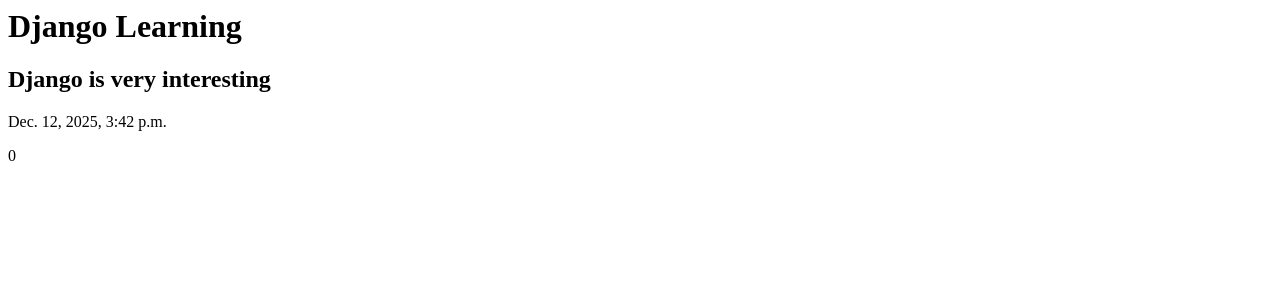
Repository: Mbote-Joseph/Django-Recap
Page: http://localhost/notes/1
These files come from the project's save history. The page is drawn as it stood at one moment and after the next save; the edit follows.
The browser window is 1280 px wide. The pictures show the whole page.
The page is served by the project's application, run on Django 5.2 (manage.py). Other server files are loaded and not shown. The page reads the database file committed with the project.

Above is the page before, as saved 2025-12-13 14:48:06.

### smartnotes/notes/templates/notes/note_detail.html
<html>
    <head>
        <title> Django Home </title>
    </head>

    <body>
        <h1>{{note.title}}</h1>

         <h2> {{note.text}} </h2>
         <p> {{note.created}} </p>
         <p> {{note.likes}} </p>
    </body>

</html>

### smartnotes/notes/models.py
from django.db import models

# Create your models here.
class Notes(models.Model):
    title = models.CharField(max_length=200)
    text = models.TextField()
    created = models.DateTimeField(auto_now_add=True)
    likes = models.PositiveSmallIntegerField(default=0)

### smartnotes/notes/views.py
from django.shortcuts import render
from django.db import models
from django.template.context_processors import request
from django.http import Http404
from django.apps import apps
from django.views.generic import ListView, DetailView

from .models import Notes
# Create your views here.

class NotesListView(ListView):
    model = Notes
    context_object_name = "notes"
    template_name = 'notes/notes_list.html'

class PopularNotesListView(ListView):
    model = Notes
    context_object_name = "notes"
    template_name = 'notes/notes_list.html'
    queryset = Notes.objects.filter(likes__gt = 3)

class NotesDetailView(DetailView):
    model = Notes
    context_object_name = "note"
    template_name = 'notes/note_detail.html'

# def list(request):
#     all_notes = Notes.objects.all()
#     return render(request, 'notes/notes_list.html', {'notes': all_notes})

# def note_details(request, pk):
#     try:
#         note_detail = Notes.objects.get(pk=pk)
#     except Notes.DoesNotExist:
#         raise Http404("Note Doesn't exist")
#     return render(request, 'notes/note_detail.html', {'note_detail': note_detail})

### smartnotes/smartnotes/urls.py
"""
URL configuration for smartnotes project.

The `urlpatterns` list routes URLs to views. For more information please see:
    https://docs.djangoproject.com/en/6.0/topics/http/urls/
Examples:
Function views
    1. Add an import:  from my_app import views
    2. Add a URL to urlpatterns:  path('', views.home, name='home')
Class-based views
    1. Add an import:  from other_app.views import Home
    2. Add a URL to urlpatterns:  path('', Home.as_view(), name='home')
Including another URLconf
    1. Import the include() function: from django.urls import include, path
    2. Add a URL to urlpatterns:  path('blog/', include('blog.urls'))
"""
from django.contrib import admin
from django.urls import path, include


urlpatterns = [
    path('admin/', admin.site.urls),
    path('', include("home.urls")),
    path('books', include("books.urls")),
    path('notes', include("notes.urls"))
]

### smartnotes/home/urls.py
# Copyright 2025 josephmbote
#
# Licensed under the Apache License, Version 2.0 (the "License");
# you may not use this file except in compliance with the License.
# You may obtain a copy of the License at
#
#     https://www.apache.org/licenses/LICENSE-2.0
#
# Unless required by applicable law or agreed to in writing, software
# distributed under the License is distributed on an "AS IS" BASIS,
# WITHOUT WARRANTIES OR CONDITIONS OF ANY KIND, either express or implied.
# See the License for the specific language governing permissions and
# limitations under the License.

from django.urls import path
from . import views

urlpatterns = [
    path('home', views.HomeView.as_view()),
    path('', views.WelcomeView.as_view())
]

### smartnotes/books/urls.py
from django.urls import path
from . import views

urlpatterns = [
    path('',views.BooksListView.as_view()),
    path('/<int:pk>',views.BookDetailsView.as_view()),
    # path('/bookform', views.BookCreateView.as_view())
]

### smartnotes/notes/urls.py
from notes.views import PopularNotesListView
# Copyright 2025 josephmbote
#
# Licensed under the Apache License, Version 2.0 (the "License");
# you may not use this file except in compliance with the License.
# You may obtain a copy of the License at
#
#     https://www.apache.org/licenses/LICENSE-2.0
#
# Unless required by applicable law or agreed to in writing, software
# distributed under the License is distributed on an "AS IS" BASIS,
# WITHOUT WARRANTIES OR CONDITIONS OF ANY KIND, either express or implied.
# See the License for the specific language governing permissions and
# limitations under the License.

from django.urls import path
from . import views

urlpatterns = [
    path('', views.NotesListView.as_view()),
    path('/<int:pk>', views.NotesDetailView.as_view()),
    path('/popular', views.PopularNotesListView.as_view())
]

### smartnotes/db.sqlite3 (the tables this page reads, as SQL)
CREATE TABLE "notes_notes" ("id" integer NOT NULL PRIMARY KEY AUTOINCREMENT, "title" varchar(200) NOT NULL, "text" text NOT NULL, "created" datetime NOT NULL, "likes" smallint unsigned NOT NULL CHECK ("likes" >= 0), "user_id" integer NOT NULL REFERENCES "auth_user" ("id") DEFERRABLE INITIALLY DEFERRED, "is_public" bool NOT NULL);
INSERT INTO "notes_notes" VALUES
(1, 'Django Learning', 'Django is very interesting', '2025-12-12 15:42:57.632563', 0, 1, 0),
(2, 'Backend Learning', 'This course will help me to develop Systems Backends', '2025-12-12 15:49:53.115529', 8, 1, 0),
(3, 'Class Based Views', 'The Class Based Views  with Many Likes', '2025-12-12 20:44:22.586927', 6, 1, 0),
(5, 'G Notes', 'your personal Notes', '2025-12-13 20:24:58.680277', 6, 1, 0),
(6, 'World Best Software Engineers', 'The world News Days Test', '2025-12-13 21:41:37.641205', 10, 1, 0),
(7, 'Test', 'test', '2025-12-13 23:05:00.121196', 7, 2, 0);

### smartnotes/static/templates/base.html
{% load static %}

<!doctype html>
<html lang="en">
  <head>
    <meta charset="utf-8">
    <meta name="viewport" content="width=device-width, initial-scale=1">
    <title> Django Home </title>
    <link href="https://cdn.jsdelivr.net/npm/bootstrap@5.3.8/dist/css/bootstrap.min.css" rel="stylesheet" integrity="sha384-sRIl4kxILFvY47J16cr9ZwB07vP4J8+LH7qKQnuqkuIAvNWLzeN8tE5YBujZqJLB" crossorigin="anonymous">
  </head>
  <body>
    {% block content %}

      {% endblock %}
    <script src="https://cdn.jsdelivr.net/npm/bootstrap@5.3.8/dist/js/bootstrap.bundle.min.js" integrity="sha384-FKyoEForCGlyvwx9Hj09JcYn3nv7wiPVlz7YYwJrWVcXK/BmnVDxM+D2scQbITxI" crossorigin="anonymous"></script>
  </body>
</html>

After the next save:
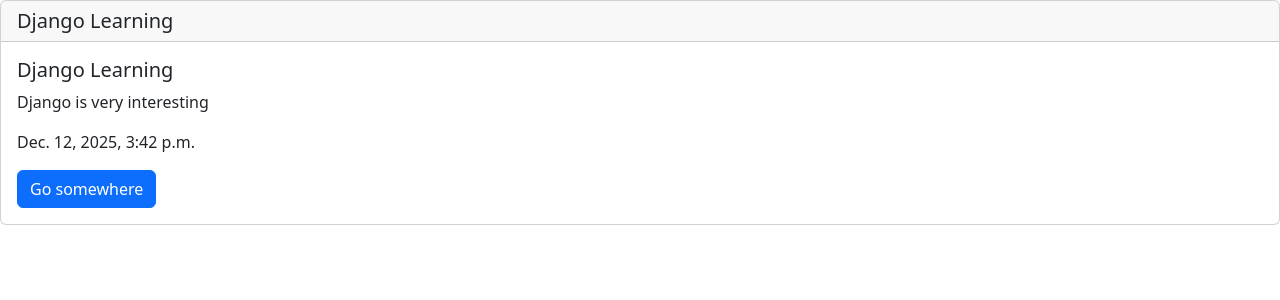
Saved 34 s later.
--- a/smartnotes/notes/templates/notes/note_detail.html
+++ b/smartnotes/notes/templates/notes/note_detail.html
@@ -1,14 +1,13 @@
-<html>
-    <head>
-        <title> Django Home </title>
-    </head>
+{% extends "base.html" %}
 
-    <body>
-        <h1>{{note.title}}</h1>
-
-         <h2> {{note.text}} </h2>
-         <p> {{note.created}} </p>
-         <p> {{note.likes}} </p>
-    </body>
-
-</html>
+{% block content %}
+         <div class="card">
+                <h5 class="card-header">{{note.title}} </h5>
+                <div class="card-body">
+                    <h5 class="card-title">{{note.title}} </h5>
+                    <p class="card-text">{{note.text}} </p>
+                    <p class="card-text">{{note.created}} </p>
+                    <a href="/notes/{{note.pk}}" class="btn btn-primary">Go somewhere</a>
+                </div>
+            </div>
+{% endblock %}
